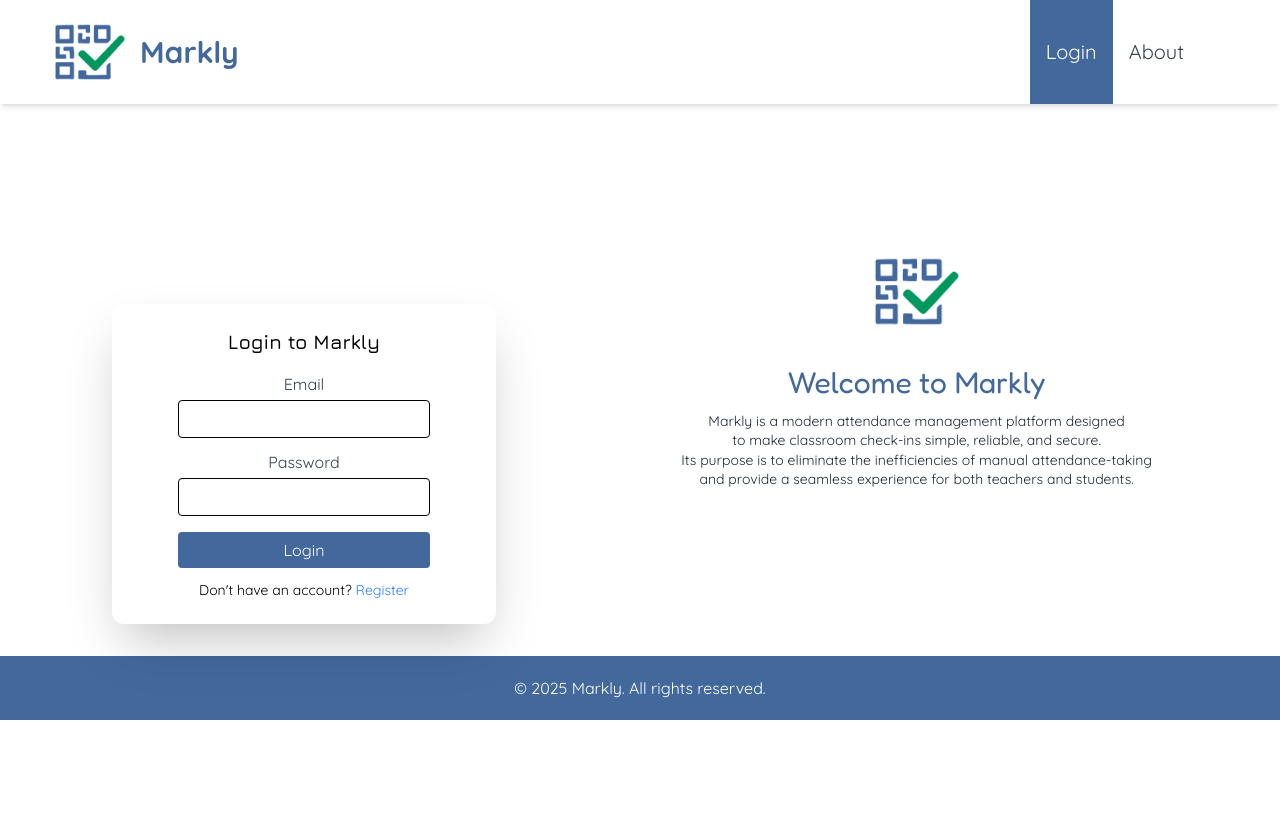
Repository: Mozukie/Markly
Page: /login
An editor plug-in stored every save of this project. The page is shown before and after the next save, followed by the edit.
The browser window is 1280 px wide. The pictures show the whole page.
Some web fonts or font styles are not loaded; a fallback is used. The project was rebuilt for these pictures with package versions that can differ from the ones it lists, and the page was loaded fresh each time. Also part of the build but not shown: vite.config.js, src/pages/NotFound.jsx, src/pages/Home.jsx, src/components/About.jsx, src/pages/Students/studentdashboard.jsx.

Above is the page before, as saved 2025-08-23 22:19:20.

After the next save:
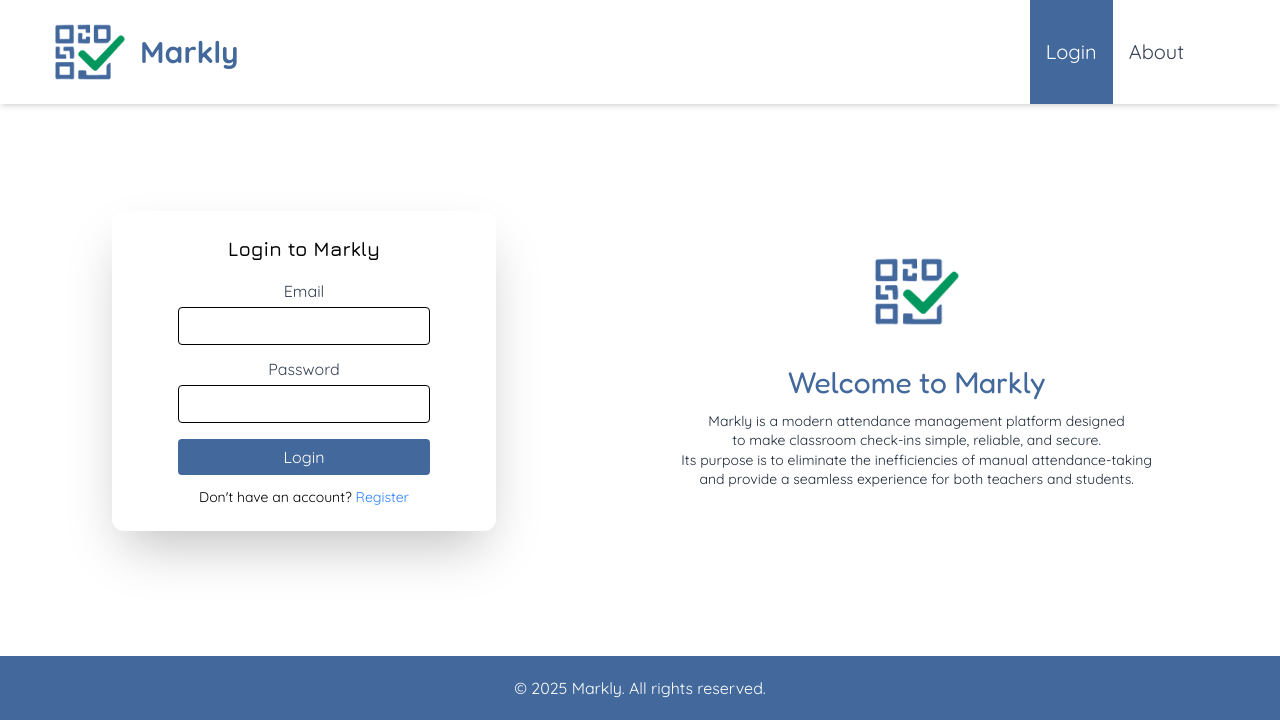
Saved 25 s later.
--- a/src/pages/Login.jsx
+++ b/src/pages/Login.jsx
@@ -8,7 +8,7 @@ export default function Login() {
   return (
     <>
       <Header isLoggedIn={false} />
-      <div className="min-h-screen flex items-center justify-between px-4">
+      <div className=" flex items-center justify-between px-4">
         {/* Login Panel */}
         <div
           className="bg-white p-6 rounded-xl shadow-2xl max-w-sm w-full ml-24 flex flex-col items-center z-20"
